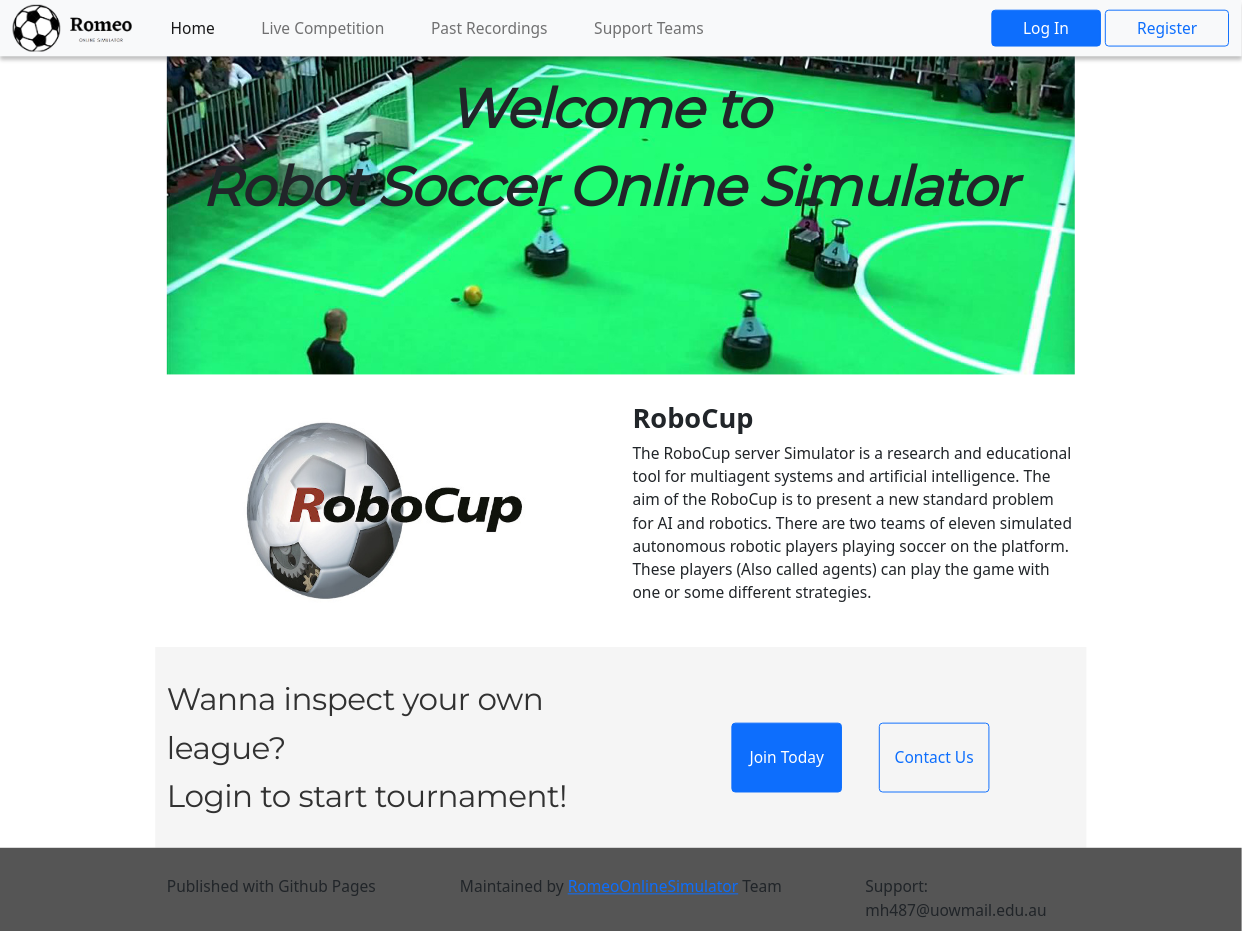
Repository: romeoonlinesim/romeoonlinesim.github.io
Page: index.html
These files come from the project's save history. The page is drawn as it stood at one moment and after the next save; the edit follows.
The browser window is 1280 px wide. The pictures show the whole page, at 97% of full size.

Above is the page before, as saved 2021-05-20 15:13:53.

### index.html
<!DOCTYPE html PUBLIC "-//W3C//DTD XHTML 1.0 Strict//EN"
"http://www.w3.org/TR/xhtml1/DTD/xhtml1-strict.dtd">
<html xmlns="http://www.w3.org/1999/xhtml">
<head>
<title>Robocup</title>
    <meta http-equiv="content-type" content="text/html; charset=iso-8859-1" />
    <link href="https://cdn.jsdelivr.net/npm/bootstrap@5.0.1/dist/css/bootstrap.min.css" rel="stylesheet" integrity="sha384-+0n0xVW2eSR5OomGNYDnhzAbDsOXxcvSN1TPprVMTNDbiYZCxYbOOl7+AMvyTG2x" crossorigin="anonymous">
    <link rel="stylesheet"
          href="https://fonts.googleapis.com/css?family=Montserrat">

    <link rel="stylesheet"
          href="https://fonts.googleapis.com/css?family=Comfortaa">


    <style>
        .navbar {
            padding-left:1%;
            padding-right:1%;
            padding-top: 0%;
            padding-bottom:0%;
            box-shadow: 0px 4px 4px rgba(0, 0, 0, 0.25);
        }

        .navbar-nav > li{
            padding-left:16px;
            padding-right:16px;
        }

        .navbar-right > a {
            padding-left:32px;
            padding-right:32px;
        }

        .background-img {
            max-width: 100%;
            height: auto;
        }

        #logo {
            max-height: 3rem;
            width:auto;
        }


        .text {
            align-items: center;
            display:grid;
            grid-row-gap: 0%;
        }

        h3 {
            font-weight: bold;
        }

        .para {
            font-family: Montserrat;
            font-style: normal;
            font-weight: normal;
            font-size: 32px;
            line-height: 50px;
            margin-bottom: 0%;
            /* or 139% */

            letter-spacing: -0.015em;

            color: rgba(0, 0, 0, 0.8);
        }

        .row {
            padding-bottom: 3%;
        }

        .no-padding {
            padding-bottom: 1%;
        }

        .footer {
            background: #555555;
            max-height: min-content;
        }

        .support-text {

            font-family: Comfortaa;
            font-style: normal;
            font-weight: normal;
            font-size: 24px;
            line-height: 32px;

            align-items: center;
            text-align: center;
            letter-spacing: -0.015em;

            color: #FFFFFF;
            padding-bottom: 0%;
            margin-bottom: 0%;
        }

        .support-email {
            font-family: Comfortaa;
            font-style: normal;
            font-weight: normal;
            font-size: 16px;
            align-items: center;
            text-align: right;
            letter-spacing: -0.015em;

            color: #FFFFFF;
        }

        .github-text {
            font-family: Montserrat;
            font-style: normal;
            font-weight: normal;
            font-size: 26px;

            text-align: center;
            letter-spacing: -0.015em;

            color: rgba(255, 255, 255, 0.8);
        }


        .right {
            text-align: right;
            float: right;
        }

        .grey {
            background: #F5F5F5;
        }

        .container-fluid {
            max-width: 75%;
        }

        .watermark {
            position: absolute;

            right: 1%;
            top: 10%;

            font-family: Montserrat;
            font-style: italic;
            font-weight: bold;
            font-size: 56px;
            line-height: 80px;
            /* identical to box height, or 143% */

            text-align: center;
            letter-spacing: -0.015em;
        }
    </style>
</head>

<body>
    <div class="navbar navbar-expand-lg navbar-light bg-light">
        <a href="index.html" class = "navbar-brand">
            <img id="logo" src="img/logo-romeo-header.png">
        </a>
        <div class="collapse navbar-collapse" id="navbarSupportedContent">
            <ul class="navbar-nav mr-auto">
                <li class="nav-item">
                    <a class="nav-link active" href="index.html">Home</a>
                </li>
                <li class="nav-item">
                    <a class="nav-link" href="competition.html">Live Competition</a>
                </li>
                <li class="nav-item">
                    <a class="nav-link" href="recordings.html">Past Recordings</a>
                </li>
                <li class="nav-item">
                    <a class="nav-link" href="teams.html">Support Teams</a>
                </li>
            </ul>
        </div>
        <div class="navbar-right">
            <a href="login.html" class="btn btn-primary">Log In</a>
            <a href="register.html" class="btn btn-outline-primary">Register</a>
        </div>
    </div>

    <div class="container-fluid">
        <div class="row">
            <img class="background-img" src="img/background.jpg">
            <p class="watermark">Welcome to <br> Robot Soccer Online Simulator</p>
        </div>
        <div class="row">
            <img class="img col-lg-6" src="img/robocup-1.png">
            <div class="text col-lg-6 ">
                <h3 class="grid-item">RoboCup</h3>
                <p class="grid-item">The RoboCup server Simulator is a research and educational tool for multiagent systems and artificial intelligence. The aim of the RoboCup is to present a new standard problem for AI and robotics. There are two teams of eleven simulated autonomous robotic players playing soccer on the platform. These players (Also called agents) can play the game with one or some different strategies. </p>
            </div>
        </div>
        <div class="row grey">
            <div class="row"></div>
            <div class="col-lg-6" id = "col-lg-6-left">
                <p class="para">Wanna inspect your own league?</p>
                <p class="para">Login to start tournament!</p>
            </div>

            <div class="col-lg-6 row">
                <!--a href="#Contact" class="btn btn-outline-primary" role="button">Contact Us</a>
                <a href="#Join" class="btn btn-primary" role="button">Join Today</a-->
                <div class="row"></div>
                <div class="col-lg-3"></div>
                <button type="button" class="btn btn-primary col-lg-3">Join Today</button>
                <div class="col-lg-1"></div>
                <button type="button" class="btn btn-outline-primary col-lg-3">Contact Us</button>
            </div>
        </div>
    </div>

    <!--div class="footer">
        <div class="container-fluid">
            <div class="row"></div>
            <div class="no-padding row">
                <p class="support-text">Maintained by <a href="#">RomeoOnlineSimulator</a> Team</p>
                <p class="support-email ml-auto">Support: mh487@uowmail.edu.au </p>
                <hr>
                <p class="github-text">Published with Github Pages</p>
            </div>
        </div>
    </div-->

    <div class="footer">
        <div class="container-fluid">
            <div class="row"></div>
            <div class="no-padding row">
                <div class="col-lg-3 text-left">Published with Github Pages</div>
                <div class="col-lg-6 text-center">Maintained by <a href="#">RomeoOnlineSimulator</a> Team</div>
                <div class="col-lg-3 text-right">Support: mh487@uowmail.edu.au</div>
            </div>
        </div>
    </div>
</body>
</html>

After the next save:
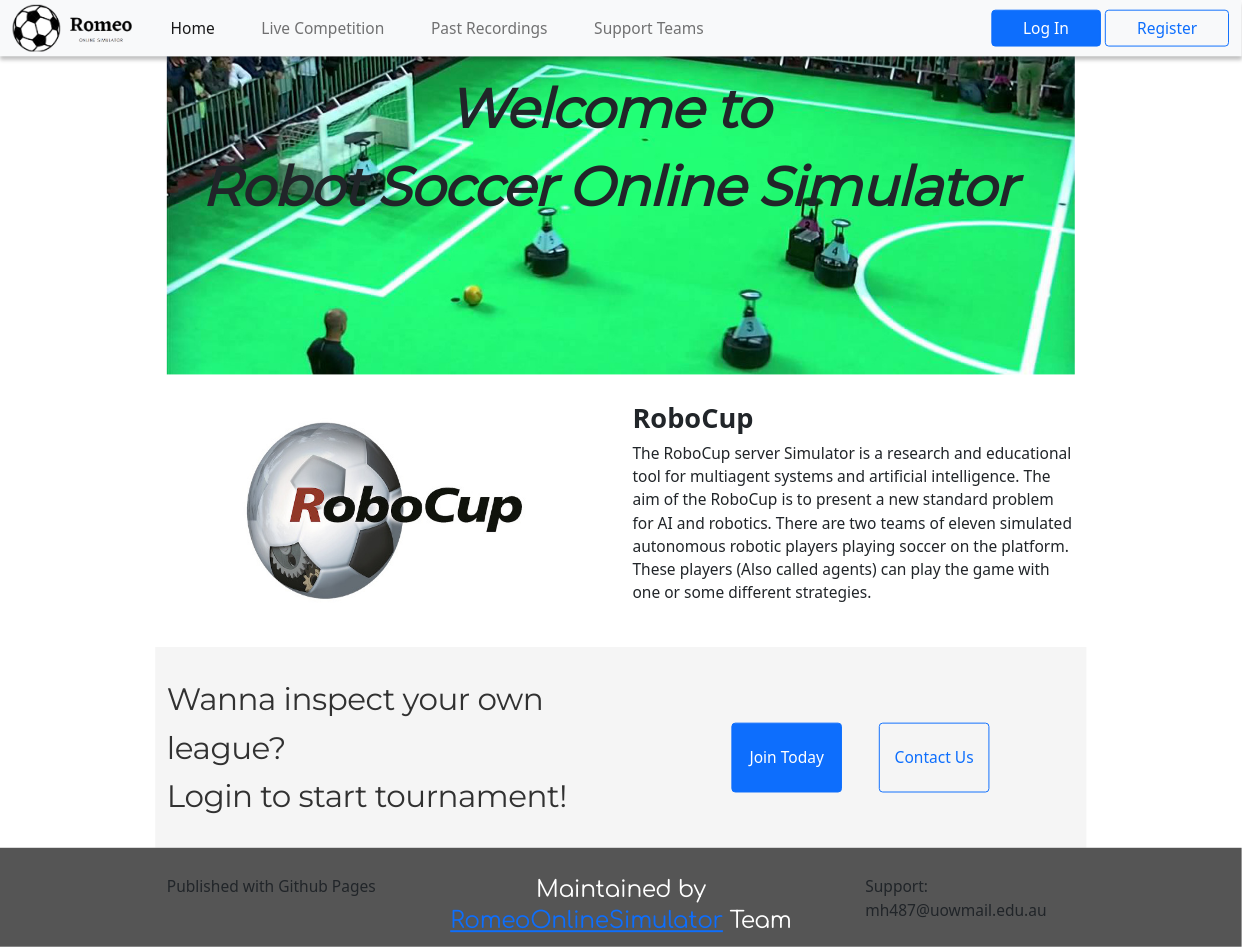
Saved 12 s later.
--- a/index.html
+++ b/index.html
@@ -228,7 +228,7 @@
             <div class="row"></div>
             <div class="no-padding row">
                 <div class="col-lg-3 text-left">Published with Github Pages</div>
-                <div class="col-lg-6 text-center">Maintained by <a href="#">RomeoOnlineSimulator</a> Team</div>
+                <div class="col-lg-6 text-center support-text">Maintained by <a href="#">RomeoOnlineSimulator</a> Team</div>
                 <div class="col-lg-3 text-right">Support: mh487@uowmail.edu.au</div>
             </div>
         </div>
